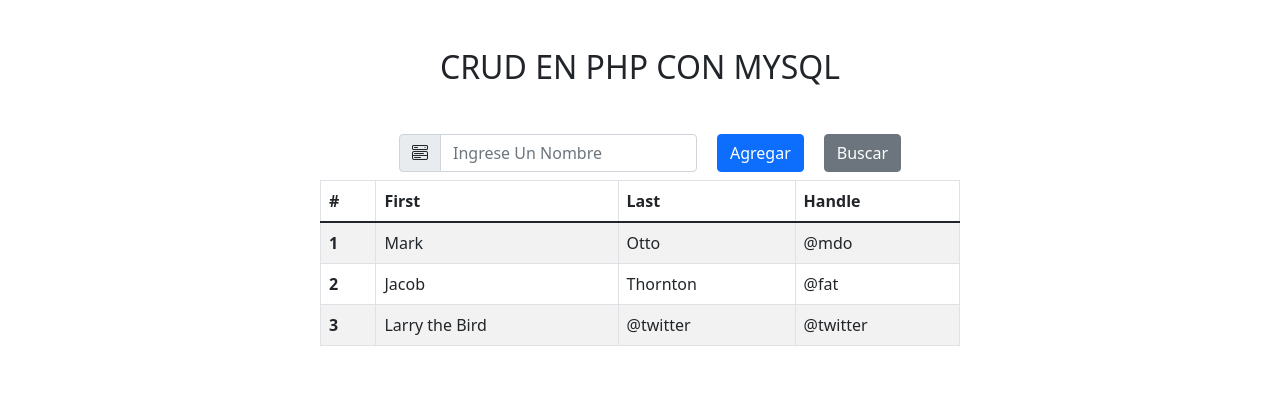
Repository: nder1996/CRUD_SENCILLO
Page: http://localhost/
The author's editor kept a copy of each file at every save. The page is drawn from the files as they stood at one save, then again after the next save.
The browser window is 1280 px wide. The pictures show the whole page.
The page is run by PHP 8.4 with error messages shown; the project is at /var/www/html/.

Above is the page before, as saved 2021-10-04 20:10:03.

After the next save:
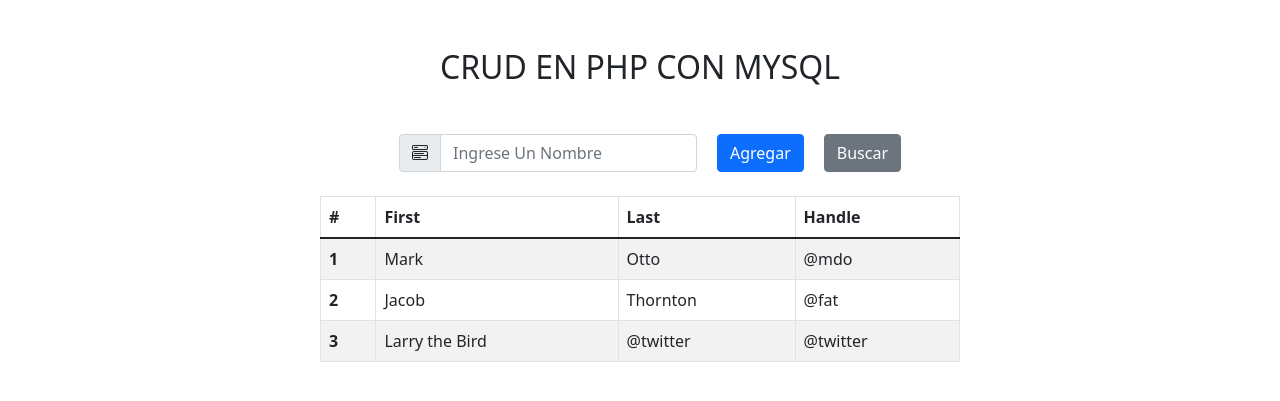
Saved 25 s later.
--- a/CRUD - SILENCIADO/index.php
+++ b/CRUD - SILENCIADO/index.php
@@ -27,7 +27,7 @@
                     <button type="button" class="btn btn-secondary">Buscar</button>
                 </section>
             </div>
-            <table class="table mt-2 table-bordered table-striped">
+            <table class="table mt-4 table-bordered table-striped">
                 <thead>
                     <tr>
                       <th scope="col">#</th>
